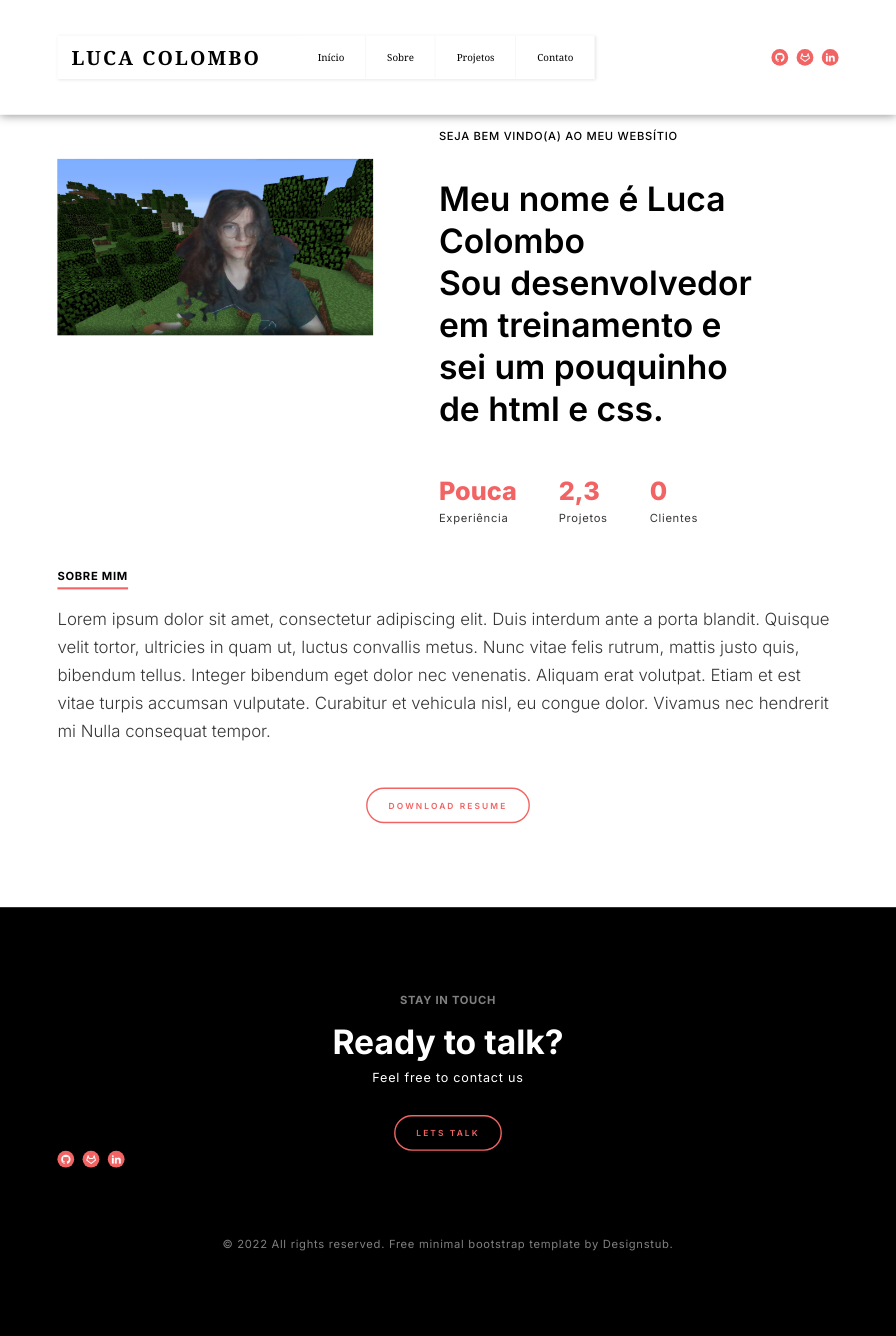
Repository: lxcxcxlxmb/portfolio
Page: index.html
These files come from the project's save history. The page is drawn as it stood at one moment and after the next save; the edit follows.
The browser window is 1280 px wide. The pictures show the whole page, at 70% of full size.

Above is the page before, as saved 2022-05-25 13:15:33.

### index.html
<!doctype html>
<html lang="pt-BR">

<head>
  <!-- Required meta tags -->
  <meta charset="utf-8">
  <meta name="viewport" content="width=device-width, initial-scale=1">
  <!-- Google Fots -->
  <link rel="preconnect" href="https://fonts.googleapis.com">
  <link rel="preconnect" href="https://fonts.gstatic.com" crossorigin>
  <link href="https://fonts.googleapis.com/css2?family=Inter:wght@100;200;300;400;500;600;700;800;900&display=swap"
    rel="stylesheet">
  <!-- Remixicon Icon -->
  <link href="https://cdn.jsdelivr.net/npm/remixicon@2.5.0/fonts/remixicon.css" rel="stylesheet">
  <!-- Remixicon Icon -->
  <!-- Bootstrap CSS -->
  <link href="https://cdn.jsdelivr.net/npm/bootstrap@5.0.2/dist/css/bootstrap.min.css" rel="stylesheet"
    integrity="sha384-EVSTQN3/azprG1Anm3QDgpJLIm9Nao0Yz1ztcQTwFspd3yD65VohhpuuCOmLASjC" crossorigin="anonymous">
  <link href="https://unpkg.com/aos@2.3.1/dist/aos.css" rel="stylesheet">
  <!-- Main CSS -->
  <link href="styles.css" rel="stylesheet">
  <link rel="stylesheet" href="reset.css">


  <title>portfolio</title>
</head>

<body>

  <!-- header -->
  <header class="ds-header" id="site-header">
    <div class="container">
      <div class="ds-header-inner">
        <!-- logo -->
        <a href="index.html" class="ds-logo">
          <span>L</span>Luca Colombo
        </a>
        <div class="header">
          <a href="index.html" class="logo">Luca Colombo</a>
          <input class="menu-btn" type="checkbox" id="menu-btn" />
          <label class="menu-icon" for="menu-btn"><span class="navicon"></span></label>
          <ul class="menu">
            <li><a href="index.html">Início</a></li>
            <li><a href="sobre.html">Sobre</a></li>
            <li><a href="projetos.html">Projetos</a></li>
            <li><a href="contato.html">Contato</a></li>
          </ul>
        </div>
        <!-- social -->
        <ul class="ds-social">
          <li><a href="https://github.com/lxcxcxlxmb" target="_blank"><i class="ri-github-fill"></i></a></li>
          <li><a href="https://gitlab.com/lxcxcxlxmbx" target="_blank"><i class="ri-gitlab-line"></i></a></li>
          <li><a href="https://www.linkedin.com/in/luca--colombo/" target="_blank"><i class="ri-linkedin-fill"></i></a>
          </li>
        </ul>
              <!-- social -->
      </div>
    </div>
  </header>
  <!-- header -->
  <!-- banner -->
  <div class="ds-banner">
    <div class="container">
      <div class="row">
        <div class="col-12 col-sm-12 col-md-5 col-lg-5 col-xl-5 col-xxl-5">
          <figure>
            <br>
            <br>
            <br>
            <img src="eu.png">
          </figure>
        </div>
        <div class="col-12 col-sm-12 col-md-7 col-lg-7 col-xl-7 col-xxl-7">
          <section>
            <h1>
              <span>SEJA BEM VINDO(A) AO MEU WEBSÍTIO</span>
              Meu nome é Luca Colombo <br> Sou desenvolvedor em treinamento e sei um pouquinho de html e css.
            </h1>
            <ul class="ds-numbervalulist">
              <li>
                <strong>Pouca</strong>
                <span>Experiência</span>
              </li>
              <li>
                <strong>2,3</strong>
                <span>Projetos</span>
              </li>
              <li>
                <strong>0</strong>
                <span>Clientes</span>
              </li>
            </ul>
          </section>
        </div>
      </div>
    </div>
  </div>
  <!-- banner -->

  <!-- about -->
  <div class="ds-about-section">
    <div class="container">
      <section>
        <h2 class="ds-heading">Sobre mim</h2>
        <p>Lorem ipsum dolor sit amet, consectetur adipiscing elit. Duis interdum ante a porta blandit. Quisque velit
          tortor, ultricies in quam ut, luctus convallis metus. Nunc vitae felis rutrum, mattis justo quis, bibendum
          tellus. Integer bibendum eget dolor nec venenatis. Aliquam erat volutpat. Etiam et est vitae turpis accumsan
          vulputate. Curabitur et vehicula nisl, eu congue dolor. Vivamus nec hendrerit mi Nulla consequat tempor.</p>
        <div class="ds-button-sec text-center">
          <a href="#" class="ds-button">Download Resume</a>
        </div>
      </section>
    </div>
  </div>
  <!-- about -->

  <!--  footer -->
  <footer class="ds-footer text-center">
    <div class="container">
      <section>
        <span>Stay in touch</span>
        <h4>Ready to talk?</h4>
        <p>Feel free to contact us</p>
        <a href="mailto:luca.colombo@universo.univates.br" class="ds-button">Lets Talk</a>
        <ul class="ds-social">
          <li><a href="https://github.com/lxcxcxlxmb" target="_blank"><i class="ri-github-fill"></i></a></li>
          <li><a href="https://gitlab.com/lxcxcxlxmbx" target="_blank"><i class="ri-gitlab-line"></i></a></li>
          <li><a href="https://www.linkedin.com/in/luca--colombo/" target="_blank"><i class="ri-linkedin-fill"></i></a>
          </li>
        </ul>
      </section>
      <span class="ds-copyright">© 2022 All rights reserved. Free minimal bootstrap template by <a
          href="https://designstub.com/" target="_blank">Designstub</a>.</span>
    </div>
  </footer>

</body>

</html>

### styles.css
/*
Theme Name: Jason Stroff

  1. >>> Headr Style
  2. >>> Banner Style
  3. >>> About Style
  4. >>> Skills Style
  5. >>> Experience Style
  6. >>> Work Style
  7. >>> Footer Style

*/
/*--------------------------------------------------------------
>>> TABLE OF CONTENTS:
----------------------------------------------------------------*/
html {
	font-family: 'Inter', sans-serif;
	background-color: #FFF
}

body {
	font-family: 'Inter', sans-serif;
	overflow-x: hidden;
	background-color: #FFF;
	font-weight: 400;
	font-style: normal;
	color: #373737;
	font-size: 14px
}

a,
a:hover,
a:focus,
i,
input,
button,
input:focus,
.transition {
	text-decoration: none;
	outline: none;
	transition-delay: 0s;
	transition-duration: 0.4s;
	transition-property: all;
	transition-timing-function: ease;
	box-shadow: none;
}

a {
	color: #000
}

iframe {
	border: 0;
	outline: none;
}

::-moz-selection {
	background: #000;
	text-shadow: none;
	color: #FFF
}

::selection {
	background: #000;
	text-shadow: none;
	color: #FFF
}

img {
	max-width: 100%;
	border: none;
	outline: none;
	height: auto;
}

input,
textarea {
	border-radius: 0;
	resize: none;
}

ul {
	padding: 0;
	margin: 0;
}

@font-face {
	font-family: 'Inter', sans-serif;
}

input:-webkit-autofill,
textarea:-webkit-autofill,
select:-webkit-autofill {
	background-color: transparent;
	background-image: none;
	color: #000;
}

/* 1.2 Typography */
h1,
h2,
h3,
h4,
h5,
h6 {
	font-family: 'Inter', sans-serif;
}

figure {
	margin: 0
}

svg,
img {
	max-width: 100%;
	height: auto;
}

/*-----------------------------------------------------------------
  1. >>> Headr Style
----------------------------------------------------------------*/
.ds-header {
	position: relative;
	top: 0;
	width: 100%;
	z-index: 5;
	background-color: #FFF;
	padding: 70px 0;
	transition-delay: 0s;
	transition-duration: 0.4s;
	transition-property: all;
	transition-timing-function: ease;
	box-shadow: 0 0 1em #858585;
	display: flex;
	align-items: center;
	justify-content: space-between;
}

.ds-header.ds-fixed-header {
	padding: 20px 0;
	box-shadow: 0px 0px 20px rgba(0, 0, 0, 0.25);
}

.ds-header-inner {
	display: flex;
	justify-content: space-between;
	align-items: center;
}

.logo {
	font-family:Georgia, 'Times New Roman', Times, serif;
	text-transform: uppercase;
	font-weight: bold;
	font-size: 18px;
	letter-spacing: 3px;
	color: #000;
	display: flex;
	align-items: center;
	flex-wrap: nowrap;
}

.logo span {
	display: flex;
	align-items: center;
	justify-content: center;
	width: 40px;
	height: 40px;
	background-color: #000;
	border-radius: 4px;
	color: #FFF;
	font-size: 22px;
	font-weight: 600;
	text-align: center;
}

.logo:hover {
	color: #F26464;
}

.ds-social {
	list-style: none;
	display: flex;
	align-items: center;
	flex-wrap: wrap;
}

.ds-social li {
	margin-left: 12px;
}

.ds-social li:first-child {
	margin-left: 0;
}

.ds-social li a {
	border-radius: 100%;
	color: #FFF;
	width: 24px;
	height: 24px;
	background-color: #F26464;
	display: flex;
	justify-content: center;
	align-items: center;
	text-align: center;
	font-size: 16px;
}

.ds-social li a:hover {
	background-color: #000;
	color: #FFF;
}

/*.ds-navbar {
	display: inline-block;
	color: #373737;
	font-size: 16px;
	padding: 10px 20px;
	background-color: #FFF;
	margin-right: 15px;
	margin-bottom: 15px;
	margin-top: 15px;
	font-weight: 500;
}*/

.activ {
	color: #fff;
	background-color: #FF0077;
}

.inactiv {
	color: #494949;
}

.inactiv:hover {
	color: #FF0077;
}

.header {
	background-color: #fff;
	box-shadow: 1px 1px 4px 0 rgba(0,0,0,.1);
	position: absolute;
	align-items: center;
	vertical-align: middle;
	width: 60%;
	z-index: 3;
  }

  .header ul {
	margin: 0;
	padding: 0;
	font-family:Georgia, 'Times New Roman', Times, serif;
	list-style: none;
	overflow: hidden;
	background-color: #fff;
  }

  .header li a {
	display: block;
	padding: 20px 20px;
	border-right: 1px solid #f4f4f4;
	text-decoration: none;
  }

  .header li a:hover,
  .header .menu-btn:hover {
	background-color: #f4f4f4;
	color: #F26464;
  }

  .header .logo {
	display: block;
	float: left;
	font-size: 2em;
	padding: 10px 20px;
	text-decoration: none;
  }

  /* menu */

  .header .menu {
	clear: both;
	max-height: 0;
	transition: max-height .2s ease-out;
  }

  /* menu icon */

  .header .menu-icon {
	cursor: pointer;
	display: inline-block;
	float: right;
	padding: 28px 20px;
	position: relative;
	user-select: none;
  }

  .header .menu-icon .navicon {
	background: #333;
	display: block;
	height: 2px;
	position: relative;
	transition: background .2s ease-out;
	width: 18px;
  }

  .header .menu-icon .navicon:before,
  .header .menu-icon .navicon:after {
	background: #333;
	content: '';
	display: block;
	height: 100%;
	position: absolute;
	transition: all .2s ease-out;
	width: 100%;
  }

  .header .menu-icon .navicon:before {
	top: 5px;
  }

  .header .menu-icon .navicon:after {
	top: -5px;
  }

  /* menu btn */

  .header .menu-btn {
	display: none;
  }

  .header .menu-btn:checked ~ .menu {
	max-height: 240px;
  }

  .header .menu-btn:checked ~ .menu-icon .navicon {
	background: transparent;
  }

  .header .menu-btn:checked ~ .menu-icon .navicon:before {
	transform: rotate(-45deg);
  }

  .header .menu-btn:checked ~ .menu-icon .navicon:after {
	transform: rotate(45deg);
  }

  .header .menu-btn:checked ~ .menu-icon:not(.steps) .navicon:before,
  .header .menu-btn:checked ~ .menu-icon:not(.steps) .navicon:after {
	top: 0;
  }

  /* 48em = 768px */

  @media (min-width: 48em) {
	.header li {
	  float: left;
	}
	.header li a {
	  padding: 20px 30px;
	}
	.header .menu {
	  clear: none;
	  float: right;
	  max-height: none;
	}
	.header .menu-icon {
	  display: none;
	}
  }

/*-----------------------------------------------------------------
  2. >>> Banner Style
----------------------------------------------------------------*/
.ds-banner section {
	padding-left: 70px;
	padding-right: 100px;
}

.ds-banner section h1 span {
	display: block;
	text-transform: uppercase;
	letter-spacing: 1px;
	font-weight: 500;
	font-size: 16px;
	padding-bottom: 30px;
}

.ds-banner section h1 {
	font-weight: 600;
	font-size: 48px;
	line-height: 60px;
	color: #000;
}

.ds-numbervalulist {
	list-style: none;
	display: flex;
	align-items: center;
	flex-wrap: wrap;
	margin: 0;
	padding: 0;
	margin-top: 60px;
}

.ds-numbervalulist li {
	margin-right: 60px;
}

.ds-numbervalulist li:last-child {
	margin-right: 0;
}

.ds-numbervalulist strong {
	display: block;
	color: #F26464;
	font-size: 36px;
	font-weight: 800;
}

.ds-numbervalulist span {
	font-size: 16px;
	letter-spacing: 1px;
}

/*-----------------------------------------------------------------
  3. >>> About Style
----------------------------------------------------------------*/
.ds-about-section {
	padding-top: 60px;
	padding-bottom: 120px;
}

.ds-heading {
	display: inline-block;
	font-weight: 700;
	color: #000;
	text-transform: uppercase;
	letter-spacing: 1px;
	font-size: 16px;
	border-bottom: 3px solid #F26464;
	padding-bottom: 7px;
	margin-bottom: 23px;
}

.ds-about-section p {
	color: #373737;
	font-size: 24px;
	line-height: 40px;
	font-weight: 300;
	margin-bottom: 60px;
}

.ds-button {
	display: inline-block;
	text-transform: uppercase;
	font-size: 12px;
	line-height: 13px;
	font-weight: 600;
	letter-spacing: 3px;
	color: #F26464;
	padding: 17px 30px;
	border: 2px solid #F26464;
	border-radius: 60px;
}

.ds-button:hover {
	background-color: #F26464;
	color: #FFF;
}

.ds-arrow-button i {
	display: inline-block;
	vertical-align: middle;
}

/*-----------------------------------------------------------------
  4. >>> Skills Style
----------------------------------------------------------------*/
.ds-skills-section {
	padding-bottom: 105px;
}

.ds-skills-list {
	list-style: none;
	padding: 0;
	margin: 0;
	display: flex;
	flex-wrap: wrap;
	align-items: center;
	margin-top: 11px;
}

.ds-skills-list li {
	display: inline-block;
	color: #373737;
	font-size: 16px;
	padding: 10px 20px;
	background-color: #FFF;
	border: 1px solid #D7D7D7;
	border-radius: 27px;
	margin-right: 15px;
	margin-bottom: 15px;
	font-weight: 500;
}

/*-----------------------------------------------------------------
  5. >>> Experience Style
----------------------------------------------------------------*/
.ds-experience-section {
	padding-bottom: 120px;
}

.ds-experience-list section {
	padding-right: 70px;
}

.ds-experience-list {
	padding-top: 15px;
}

.ds-officename {
	font-size: 24px;
	font-weight: 300;
	margin-bottom: 10px;
}

.ds-experience-list span {
	display: block;
}

span.ds-year {
	color: #373737;
	font-size: 14px;
	font-weight: 700;
	padding-bottom: 10px;
}

span.ds-department {
	color: #373737;
	font-weight: 500;
	font-size: 18px;
	padding-bottom: 30px;
}

.ds-experience-list p {
	font-size: 16px;
	line-height: 24px;
	font-weight: 300;
}

.ds-experience-list ul {
	list-style: none;
	padding: 0;
	margin: 0;
	padding-top: 10px;
}

.ds-experience-list ul li {
	font-size: 16px;
	line-height: 24px;
	font-weight: 300;
	padding-left: 28px;
	position: relative;
	margin-bottom: 20px;
}

.ds-experience-list ul li:before {
	content: "";
	position: absolute;
	left: 0;
	top: 10px;
	border-radius: 100%;
	width: 8px;
	height: 8px;
	background-color: #373737;
}

/*-----------------------------------------------------------------
  6. >>> Work Style
----------------------------------------------------------------*/
.ds-work-section {
	padding-bottom: 80px;
}

.ds-work-list {
	padding-left: 70px;
	padding-top: 40px;
	padding-right: 70px;
	background-color: #F6F8FA;
	margin-bottom: 40px;
}

.ds-work-list section {
	padding-top: 20px;
	padding-right: 120px;
}

.ds-work-tilte {
	color: #000;
	font-size: 30px;
	line-height: 36px;
	font-weight: 600;
	margin-bottom: 30px;
}

.ds-work-list p {
	font-weight: 300;
	font-size: 18px;
	line-height: 30px;
}

.ds-work-list .ds-button {
	margin-top: 20px;
}

.ds-work-det-hed {
	padding-top: 42px;
	padding-bottom: 80px;
}

.ds-work-det-title {
	font-weight: 600;
	color: #000;
	font-size: 48px;
	margin-bottom: 20px;
}

.ds-work-det-dep {
	display: block;
	font-weight: 600;
	color: #000;
	font-size: 18px;
}

.ds-work-content-sec {
	padding: 100px 0;
}

.ds-work-content-sec p {
	font-size: 18px;
	line-height: 36px;
	margin-bottom: 30px;
}

.ds-work-content-sec h2 {
	font-size: 30px;
	font-weight: 700;
	margin-bottom: 30px;
}

.ds-work-content-sec ul {
	list-style: none;
	padding: 0;
	margin: 0;
}

.ds-work-content-sec li {
	font-size: 18px;
	line-height: 36px;
	padding-left: 28px;
	position: relative;
	margin-bottom: 20px;
}

.ds-work-content-sec li:before {
	content: "";
	position: absolute;
	left: 0;
	top: 13px;
	border-radius: 100%;
	width: 8px;
	height: 8px;
	background-color: #373737;
}

/*-----------------------------------------------------------------
  7. >>> Footer Style
----------------------------------------------------------------*/
.ds-footer {
	background-color: #000;
	padding: 120px 0;
}

.ds-footer section {
	padding-bottom: 97px;
}

.ds-footer section span {
	color: rgba(255, 255, 255, 0.5);
	text-transform: uppercase;
	font-weight: 700;
	font-size: 16px;
	letter-spacing: 1px;
	display: block;
	padding-bottom: 20px;
}

.ds-footer section h4 {
	color: #FFF;
	font-size: 48px;
	font-weight: 700;
}

.ds-footer section p {
	letter-spacing: 1.13px;
	color: #FFF;
	font-size: 18px;
	margin-bottom: 40px;
}

.ds-copyright {
	color: rgba(255, 255, 255, 0.5);
	letter-spacing: 1px;
	font-size: 16px;
}

.ds-copyright a {
	color: rgba(255, 255, 255, 0.5);
}

.ds-copyright a:hover {
	color: #F26464;
}



/*-------------------------------------------------------------------------------
 Responsive XS Style @media (max-width: 767px)
-------------------------------------------------------------------------------*/
@media (max-width: 768px) {

	.ds-header,
	.ds-header.ds-fixed-header {
		padding: 15px 0;
	}

	.ds-banner,
	.ds-about-section,
	.ds-skills-section,
	.ds-experience-section,
	.ds-work-section,
	.ds-work-details-section {
		padding-left: 10px;
		padding-right: 10px;
	}

	/*.ds-logo {
		font-size: 0;
	}*/

	.ds-banner figure {
		padding: 30px 0;
	}

	.ds-banner section {
		padding-left: 0;
		padding-right: 0;
	}

	.ds-banner section h1 span {
		padding-bottom: 0;
	}

	.ds-banner section h1,
	.ds-work-det-title {
		font-size: 30px;
		line-height: 40px;
	}

	.ds-numbervalulist {
		margin-top: 20px;
	}

	.ds-numbervalulist li {
		margin-right: 30px;
	}

	.ds-numbervalulist strong {
		font-size: 30px;
	}

	.ds-numbervalulist span {
		font-size: 14px;
	}

	.ds-about-section {
		padding-bottom: 60px;
	}

	.ds-about-section p,
	.ds-work-content-sec p,
	.ds-work-content-sec li {
		font-size: 15px;
		line-height: 30px;
		margin-bottom: 30px;
	}

	.ds-skills-list li {
		margin-right: 10px;
		margin-bottom: 10px;
		font-size: 14px;
	}

	.ds-skills-section .col-12,
	.ds-experience-list .col-12 {
		margin-bottom: 40px;
	}

	.ds-skills-section,
	.ds-work-section,
	.ds-experience-section {
		padding-bottom: 0;
	}

	.ds-experience-list section {
		padding-right: 0;
	}

	.ds-work-list {
		padding: 30px;
	}

	.ds-work-list p {
		font-size: 15px;
		line-height: 30px;
	}

	.ds-footer {
		padding: 60px 10px;
	}

	.ds-footer section h4 {
		font-size: 40px;
	}

	.ds-copyright {
		font-size: 14px;
	}

	.ds-footer section {
		padding-bottom: 30px;
	}

	.ds-button {
		padding: 11px 10px;
	}

	.ds-work-details-section {
		padding-top: 30px;
	}

	.ds-work-det-title {
		margin-bottom: 7px;
	}

	.ds-work-content-sec h2 {
		font-size: 20px;
	}

	.ds-work-content-sec {
		padding: 30px 0;
	}

	.ds-work-list section {
		padding-right: 0;
		padding-bottom: 30px;
	}
}


@media (min-width: 768px) and (max-width: 991px) {
	.ds-work-list section {
		padding-right: 30px;
	}

}

@media (min-width: 992px) and (max-width: 1199px) {
	.ds-banner section {
		padding-right: 0;
	}

	.ds-work-list section {
		padding-right: 30px;
		padding-bottom: 60px;
	}


}

### reset.css
/*
html, body, div, span, applet, object, iframe,
h1, h2, h3, h4, h5, h6, p, blockquote, pre,
a, abbr, acronym, address, big, cite, code,
del, dfn, em, img, ins, kbd, q, s, samp,
small, strike, strong, sub, sup, tt, var,
b, u, i, center,
dl, dt, dd, ol, ul, li,
fieldset, form, label, legend,
table, caption, tbody, tfoot, thead, tr, th, td,
article, aside, canvas, details, embed,
figure, figcaption, footer, header, hgroup,
menu, nav, output, ruby, section, summary,
time, mark, audio, video {
	margin: 0;
	padding: 0;
	border: 0;
	font-size: 100%;
	font: inherit;
	vertical-align: baseline;
}
/* HTML5 display-role reset for older browsers */
/*
article, aside, details, figcaption, figure,
footer, header, hgroup, menu, nav, section {
	display: block;
}
body {
	line-height: 1;
}
ol, ul {
	list-style: none;
}
blockquote, q {
	quotes: none;
}
blockquote:before, blockquote:after,
q:before, q:after {
	content: '';
	content: none;
}
table {
	border-collapse: collapse;
	border-spacing: 0;
}*/

After the next save:
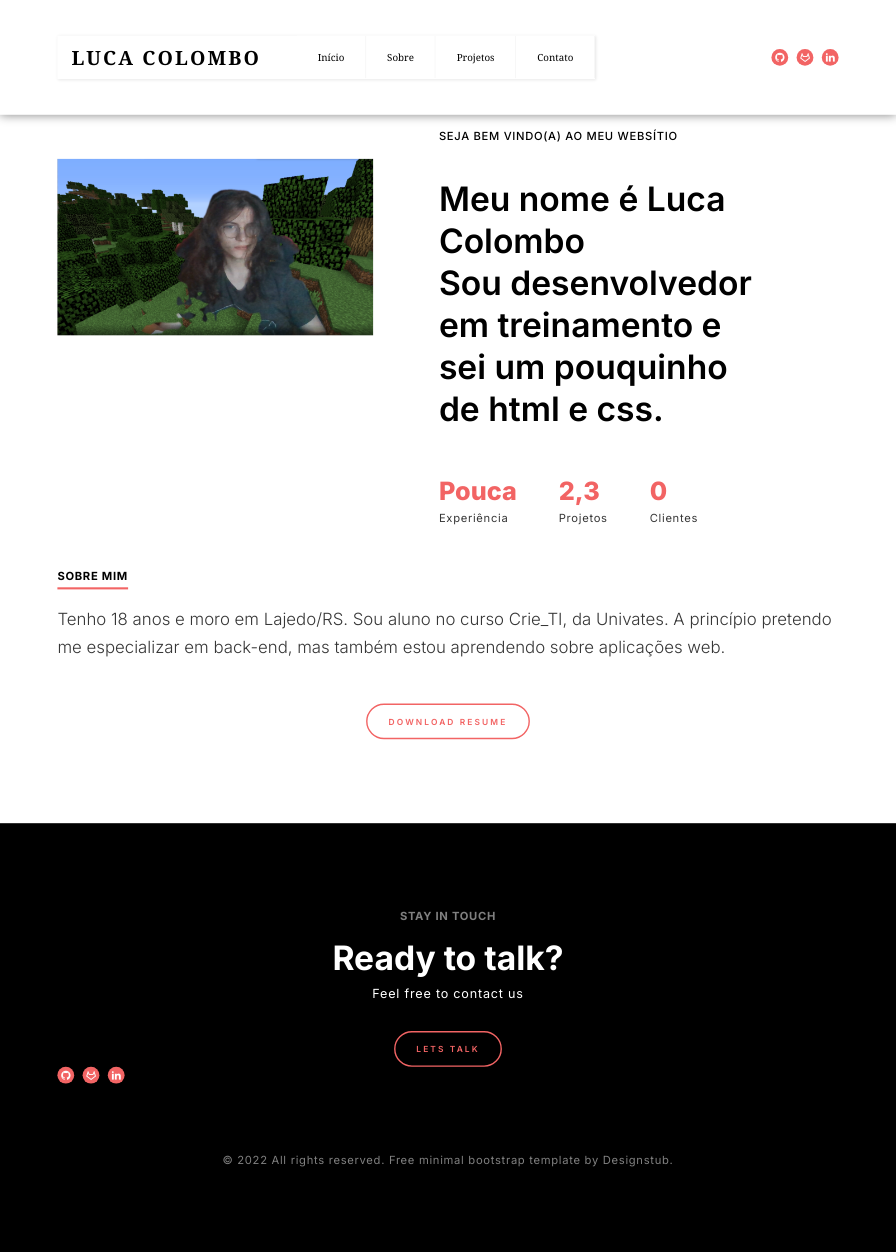
Saved 11 min 3 s later.
--- a/index.html
+++ b/index.html
@@ -102,10 +102,7 @@
     <div class="container">
       <section>
         <h2 class="ds-heading">Sobre mim</h2>
-        <p>Lorem ipsum dolor sit amet, consectetur adipiscing elit. Duis interdum ante a porta blandit. Quisque velit
-          tortor, ultricies in quam ut, luctus convallis metus. Nunc vitae felis rutrum, mattis justo quis, bibendum
-          tellus. Integer bibendum eget dolor nec venenatis. Aliquam erat volutpat. Etiam et est vitae turpis accumsan
-          vulputate. Curabitur et vehicula nisl, eu congue dolor. Vivamus nec hendrerit mi Nulla consequat tempor.</p>
+        <p>Tenho 18 anos e moro em Lajedo/RS. Sou aluno no curso Crie_TI, da Univates. A princípio pretendo me especializar em back-end, mas também estou aprendendo sobre aplicações web.</p>
         <div class="ds-button-sec text-center">
           <a href="#" class="ds-button">Download Resume</a>
         </div>
